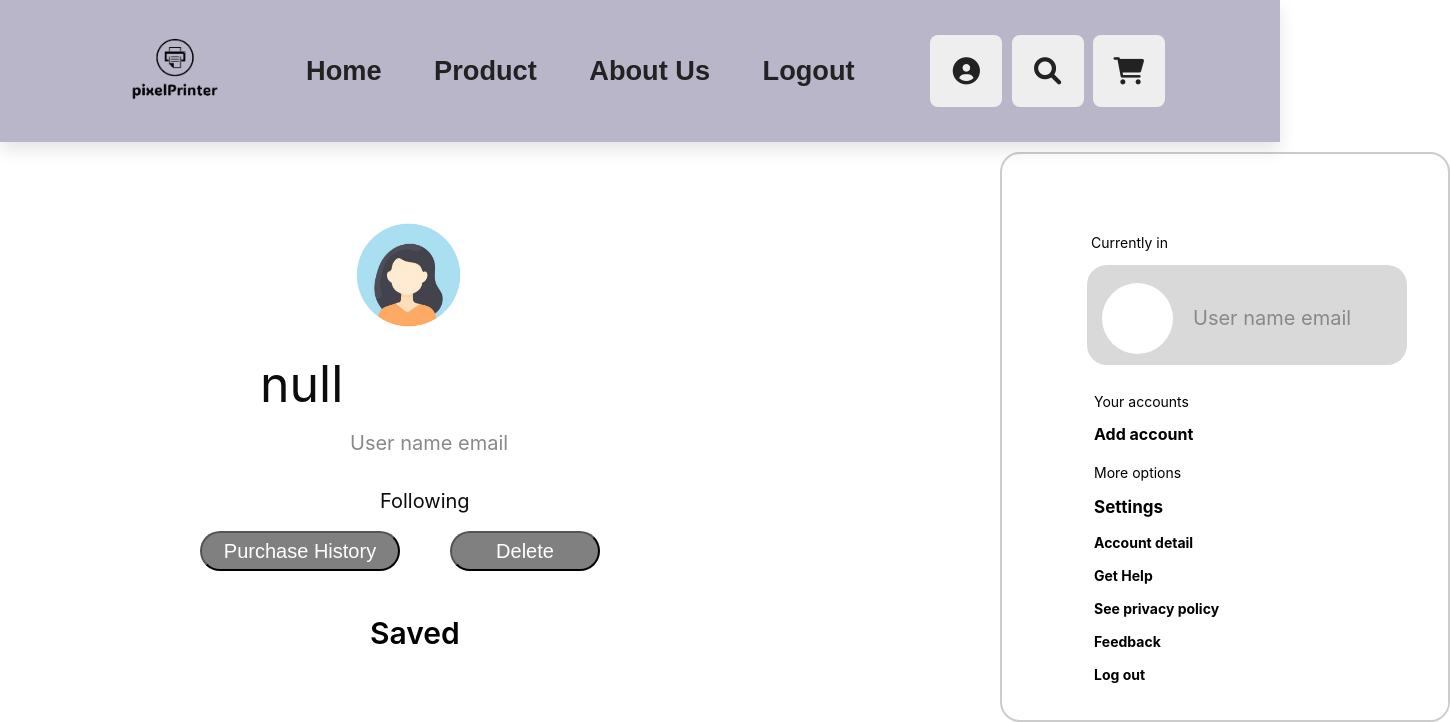
Repository: happy-kitty0821/PixlePrinters
Page: http://localhost/PixlePrint/UserProfile
An editor plug-in stored every save of this project. The page is shown before and after the next save, followed by the edit.
The browser window is 1280 px wide. The page is 1450 px wide, so the pictures cover 1450 px, including what lies to the right of the window. The pictures show the whole page.
The page is served by Tomcat 9. The session is filled in as if someone had signed in: {"username": "testuser", "userId": 1, "accountType": "admin"}. Queries for data that is not in the repository find no rows.

Above is the page before, as saved 2024-05-14 15:07:25.

After the next save:
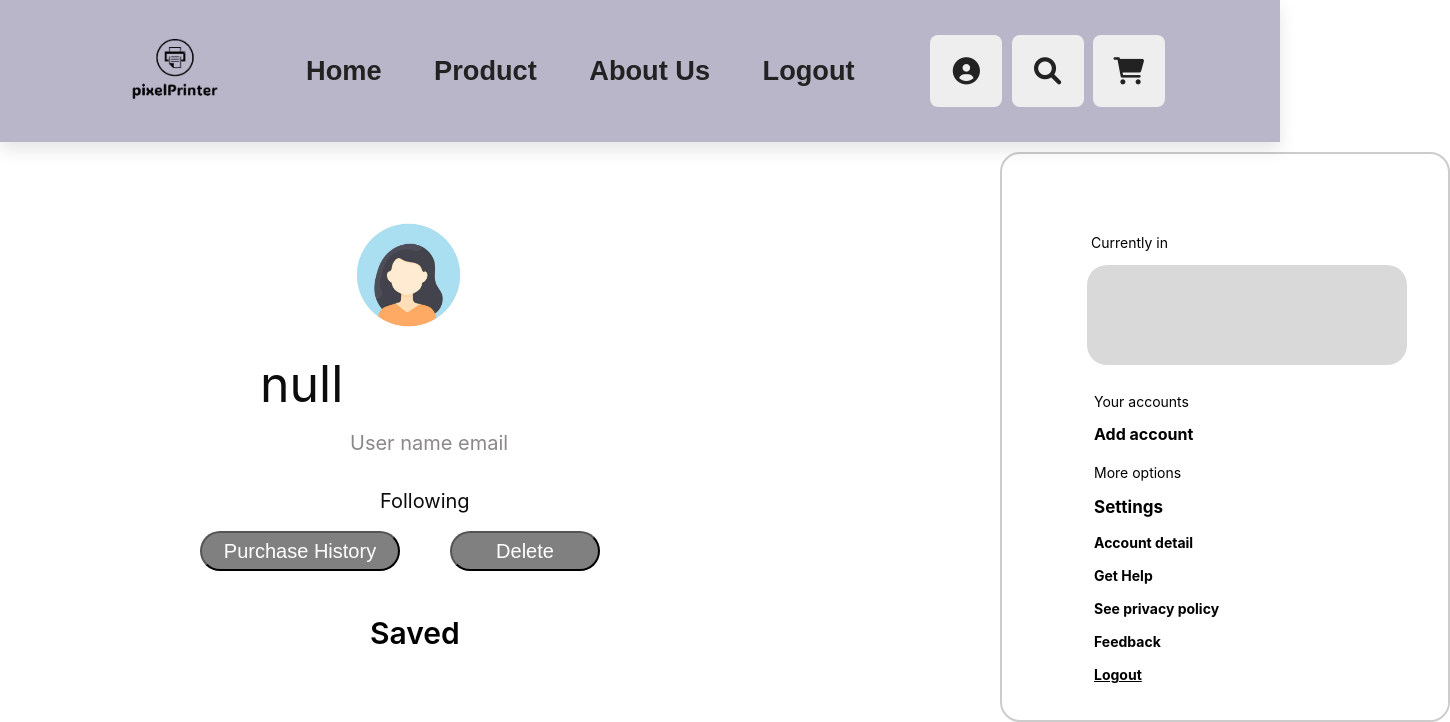
Saved 25 s later.
--- a/PixlePrint/src/main/webapp/pages/ProfilePage.jsp
+++ b/PixlePrint/src/main/webapp/pages/ProfilePage.jsp
@@ -20,7 +20,6 @@
             <div style="left: 42px; top: 363px; position: absolute; color: black; font-size: 14px; font-family: Inter; font-weight: 700; word-wrap: break-word">Get Help</div>
             <div style="left: 42px; top: 396px; position: absolute; color: black; font-size: 14px; font-family: Inter; font-weight: 700; word-wrap: break-word">See privacy policy</div>
             <div style="left: 42px; top: 429px; position: absolute; color: black; font-size: 14px; font-family: Inter; font-weight: 700; word-wrap: break-word">Feedback</div>
-            <div style="left: 42px; top: 462px; position: absolute; color: black; font-size: 14px; font-family: Inter; font-weight: 700; word-wrap: break-word">Log out
             <a style="left: 42px; top: 462px; position: absolute; color: black; font-size: 14px; font-family: Inter; font-weight: 700; word-wrap: break-word" href="${pageContext.request.contextPath}/LogoutServlet">
             Logout</a>
             </div>
